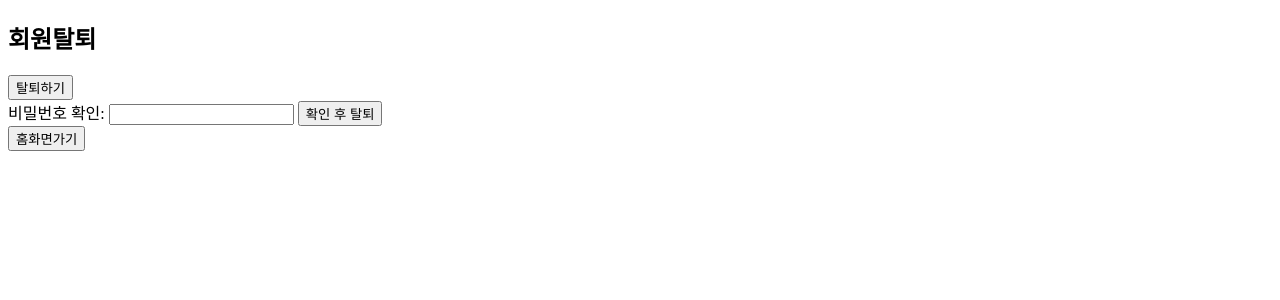
Repository: Yundanbi/Kyobo
Page: http://localhost/kyobo/member/deactvation.jsp
The author's editor kept a copy of each file at every save. The page is drawn from the files as they stood at one save, then again after the next save.
The browser window is 1280 px wide. The pictures show the whole page.
The page is served by Tomcat 9. Other server files are loaded and not shown.

Above is the page before, as saved 2025-06-18 01:31:28.

### kyobo/src/main/webapp/member/deactvation.jsp
<%@ page language="java" contentType="text/html; charset=UTF-8"
	pageEncoding="UTF-8"%>
<%@ taglib prefix="c" uri="http://java.sun.com/jsp/jstl/core"%>
<!DOCTYPE html>
<html>
<head>
<meta charset="UTF-8">
<title>회원탈퇴</title>
<style>
</style>
</head>
<body>

	<h2>회원탈퇴</h2>
	<c:if test="${not empty message}">
		<p class="error">${message}</p>
	</c:if>
	<button onclick="togglePwdBox()">탈퇴하기</button>
	<div id="pwdBox">
		<form method="post" action="delete.do">
			비밀번호 확인: <input type="password" name="pwd" required> <input
				type="submit" value="확인 후 탈퇴">
		</form>
	</div>

	<button onclick="location.href='/kyobo/index.jsp'">홈화면가기</button>

	<script>
		function togglePwdBox() {
			const box = document.getElementById("pwdBox");
			box.style.display = box.style.display === "none" ? "block" : "none";
		}
	</script>



</body>
</html>

After the next save:
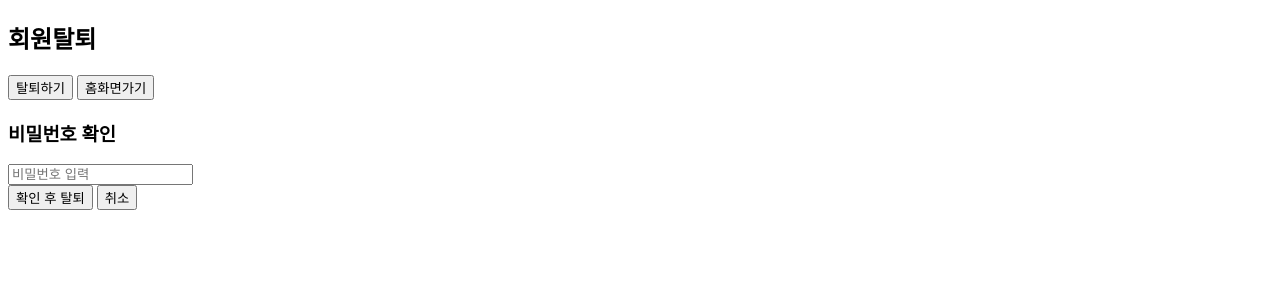
Saved 5 min 18 s later.
--- a/kyobo/src/main/webapp/member/deactvation.jsp
+++ b/kyobo/src/main/webapp/member/deactvation.jsp
@@ -15,23 +15,43 @@
 	<c:if test="${not empty message}">
 		<p class="error">${message}</p>
 	</c:if>
-	<button onclick="togglePwdBox()">탈퇴하기</button>
-	<div id="pwdBox">
-		<form method="post" action="delete.do">
-			비밀번호 확인: <input type="password" name="pwd" required> <input
-				type="submit" value="확인 후 탈퇴">
-		</form>
-	</div>
+	<button onclick="openModal()">탈퇴하기</button>
+  <button onclick="location.href='/kyobo/index.jsp'">홈화면가기</button>
 
-	<button onclick="location.href='/kyobo/index.jsp'">홈화면가기</button>
+  <!-- 모달 구조 -->
+  <div class="modal-overlay" onclick="closeModal()"></div>
 
-	<script>
-		function togglePwdBox() {
-			const box = document.getElementById("pwdBox");
-			box.style.display = box.style.display === "none" ? "block" : "none";
-		}
-	</script>
+  <div class="modal" id="deactivateModal">
+    <h3>비밀번호 확인</h3>
+    <form method="post" action="delete.do" onsubmit="return checkPwdFilled()">
+      <input type="password" name="pwd" id="deactPwd" placeholder="비밀번호 입력" required>
+      <div class="modal-buttons">
+        <input type="submit" value="확인 후 탈퇴">
+        <input type="button" value="취소" onclick="closeModal()">
+      </div>
+    </form>
+  </div>
 
+  <script>
+    function openModal() {
+      document.querySelector('.modal-overlay').style.display = 'block';
+      document.getElementById('deactivateModal').style.display = 'block';
+    }
+
+    function closeModal() {
+      document.querySelector('.modal-overlay').style.display = 'none';
+      document.getElementById('deactivateModal').style.display = 'none';
+    }
+
+    function checkPwdFilled() {
+      const pw = document.getElementById("deactPwd").value;
+      if (!pw.trim()) {
+        alert("비밀번호를 입력해주세요.");
+        return false;
+      }
+      return true;
+    }
+  </script>
 
 
 </body>
